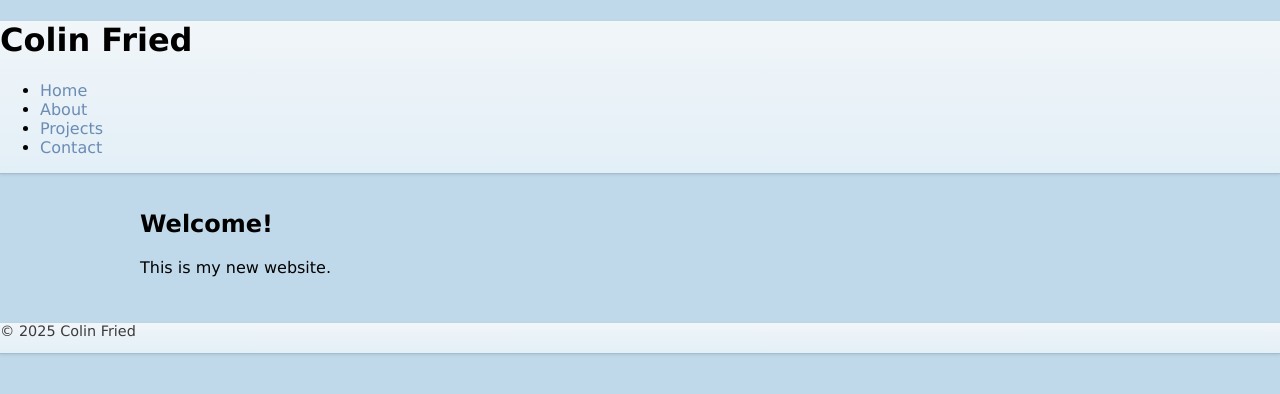
Repository: colinfdsaui/colin
Page: website.html
These files come from the project's save history. The page is drawn as it stood at one moment and after a run of saves; the edit follows.
The browser window is 1280 px wide. The pictures show the whole page.

Above is the page before, as saved 2025-07-08 12:13:03.

After the next 3 saves:
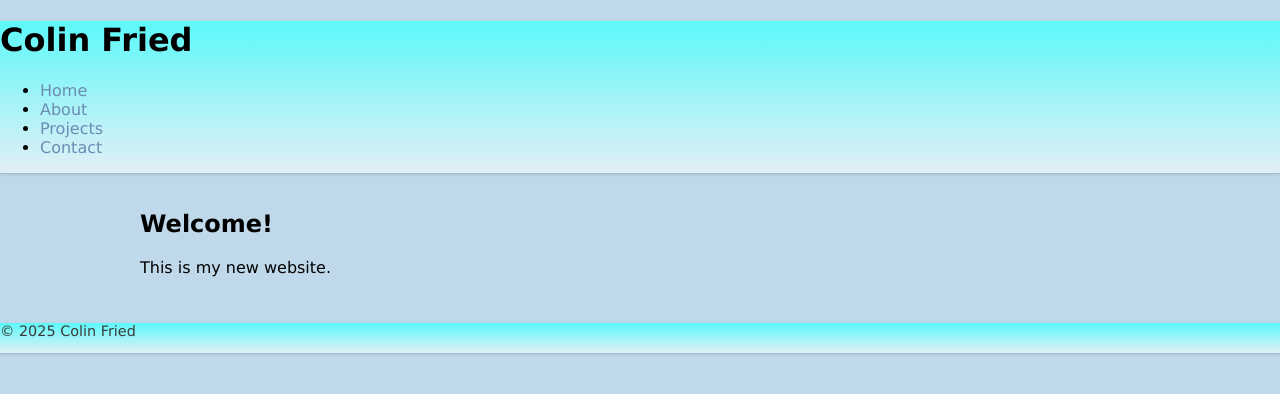
The 3 saves are shown as one change because they came seconds apart.
The last was saved 10 s later.
--- a/styles.css
+++ b/styles.css
@@ -44,7 +44,7 @@ footer {
   /* gradient layered on top */
   background-image: linear-gradient(
     to bottom,
-    rgba(250,250,250,0.6),
+    rgba(2,255,250,0.6),
     var(--aqua-bg-secondary)
   );
 
